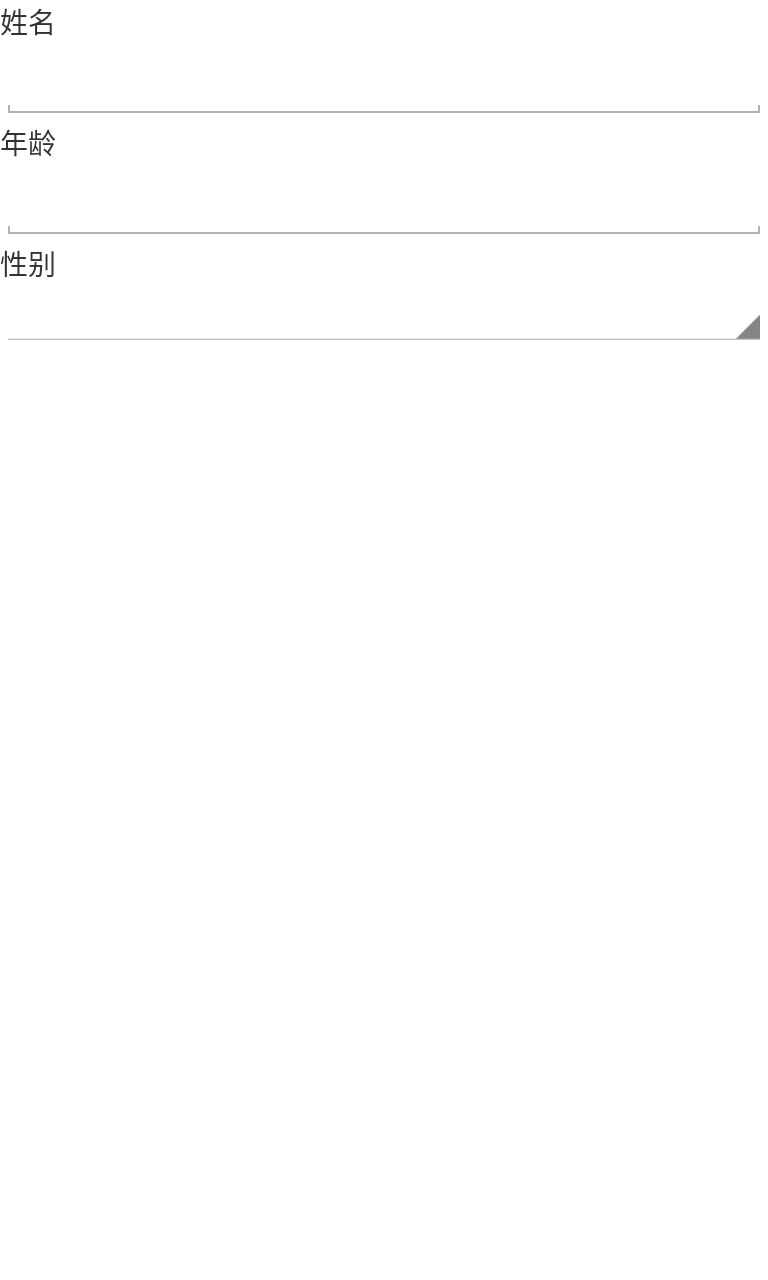
Repository: superlikex/Android_task
Layout: DatabaseTest/res/layout/activity_add.xml
An editor plug-in stored every save of this project. The layout is shown before and after the next save, followed by the edit.
It is drawn on a 768 x 1280 px phone screen (xhdpi) without system bars, with theme AppTheme; the app's code is not run.

Above is the layout before, as saved 2015-12-06 07:05:51.

After the next save:
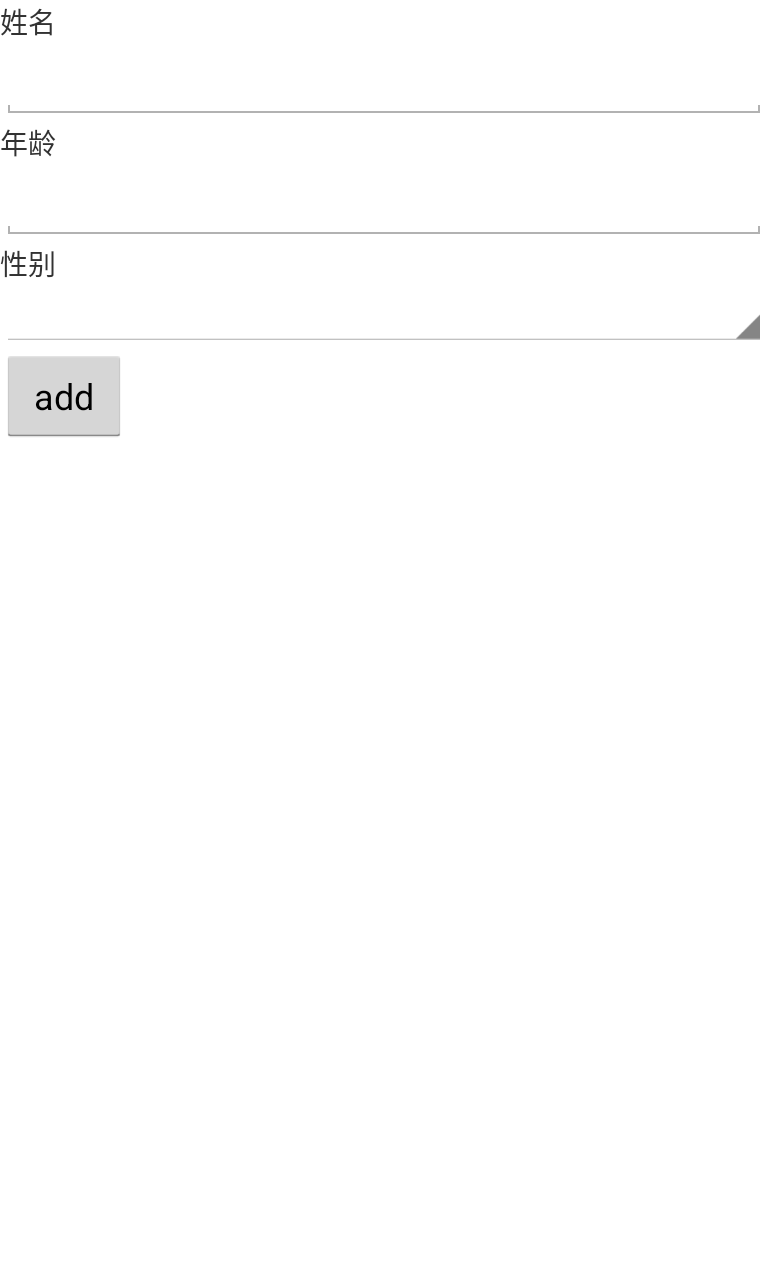
Saved 76 s later.
--- a/DatabaseTest/res/layout/activity_add.xml
+++ b/DatabaseTest/res/layout/activity_add.xml
@@ -45,5 +45,10 @@
         android:layout_width="match_parent"
         android:layout_height="wrap_content" />
 
+    <Button
+        android:id="@+id/bt_commit"
+        android:layout_width="wrap_content"
+        android:layout_height="wrap_content"
+        android:text="add" />
 
 </LinearLayout>
